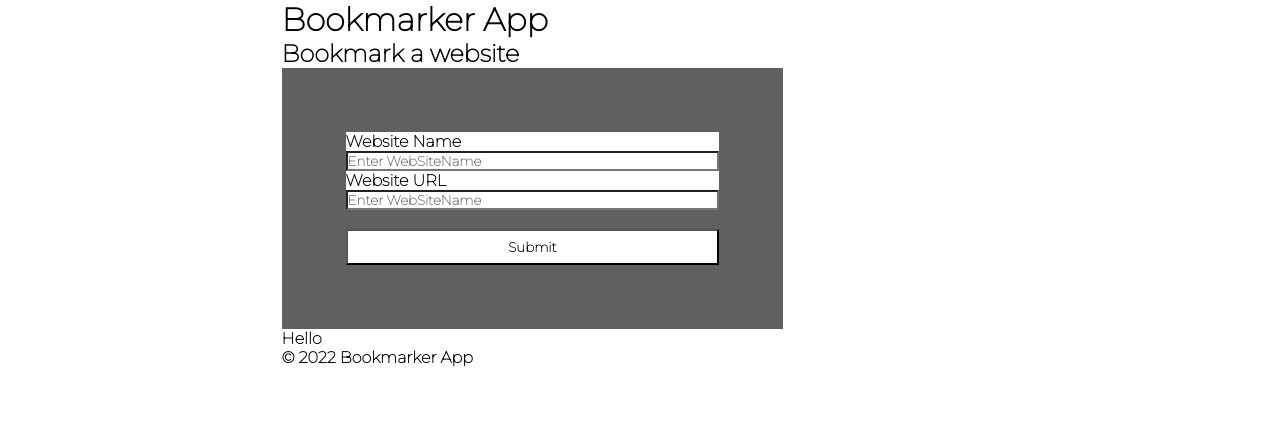
Repository: Suporl9/BookMarkerApp
Page: index.html
An editor plug-in stored every save of this project. The page is shown before and after the next save, followed by the edit.
The browser window is 1280 px wide. The pictures show the whole page.

Above is the page before, as saved 2021-11-21 17:46:13.

### index.html
<!DOCTYPE html>
<html lang="en">
  <head>
    <meta charset="UTF-8" />
    <meta http-equiv="X-UA-Compatible" content="IE=edge" />
    <meta name="viewport" content="width=device-width, initial-scale=1.0" />
    <link rel="stylesheet" href="./style.css" />
    <title>Document</title>
  </head>
  <body>
    <div class="container">
      <div class="innerContainer">
        <div class="bookmarkerSection"><h1>Bookmarker App</h1></div>
        <div class="vh"></div>
        <div class="formInput">
          <form class="formSec">
            <h2>Bookmark a website</h2>
            <div class="sitesec">
              <label name="siteName">Website Name</label>
              <input
                type="text"
                name="sitename"
                placeholder="Enter WebSiteName"
                class="inpClass"
              />
              <label name="siteName">Website URL</label>
              <input
                type="text"
                name="sitename"
                class="inpClass"
                placeholder="Enter WebSiteName"
              />
              <button class="submBtn">Submit</button>
            </div>
          </form>
        </div>
        <div class="toBeAdded">Hello</div>
        <footer class="footer">
          <p>&copy; 2022 Bookmarker App</p>
        </footer>
      </div>
    </div>
  </body>
</html>

### style.css
@import url("https://fonts.googleapis.com/css2?family=Montserrat:wght@100&display=swap");

:root {
  --main-bg-color: rgb(255, 255, 255);
  --main-grey: rgb(97, 96, 95);
}
* {
  background-color: var(--main-bg-color);
  font-family: "Montserrat", sans-serif;
  box-sizing: border-box; /* includes padding in height and width(the box outside doesnot get bigger when adding padding and stuff)*/
  margin: 0;
  padding: 0;
  font-weight: bold;
  /* border: none; */
}
.container {
  margin: auto;
  width: 80%;
  display: flex;
  justify-content: center;
}
.innerContainer,
.formSec {
  display: flex;
  flex-direction: column;
  width: 70%;
}
.sitesec {
  display: flex;
  flex-direction: column;
  background-color: var(--main-grey);
  padding: 4rem;
}
.submBtn {
  margin-top: 5%;
  padding: 0.5rem;
}
/* .formSec,
.sitesec {
  display: flex;
  flex-direction: column;
} */
/* .sitesec {
  display: flex;
  flex-direction: column;
}
 */

After the next save:
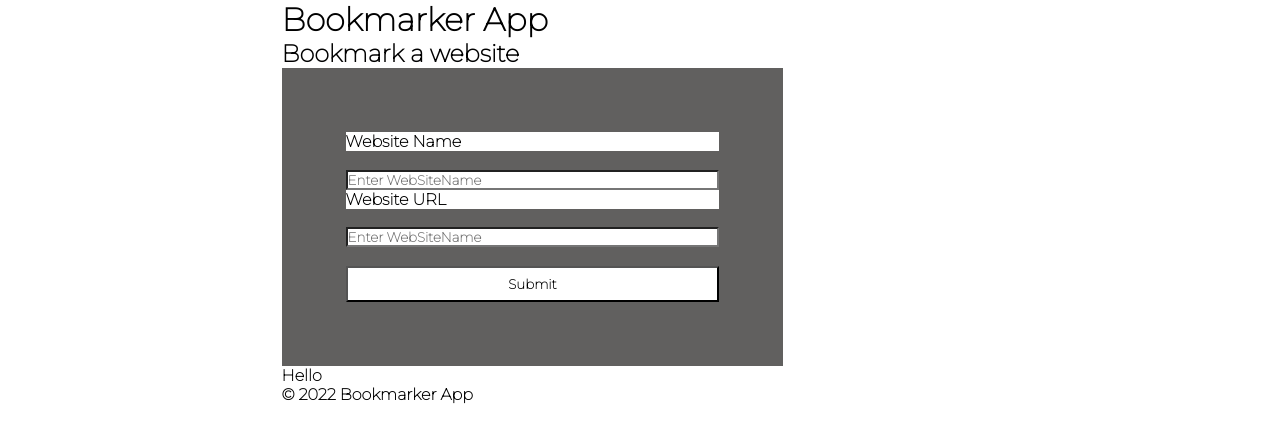
Saved 13 s later.
--- a/style.css
+++ b/style.css
@@ -35,6 +35,9 @@
   margin-top: 5%;
   padding: 0.5rem;
 }
+.inpClass {
+  margin-top: 5%;
+}
 /* .formSec,
 .sitesec {
   display: flex;
